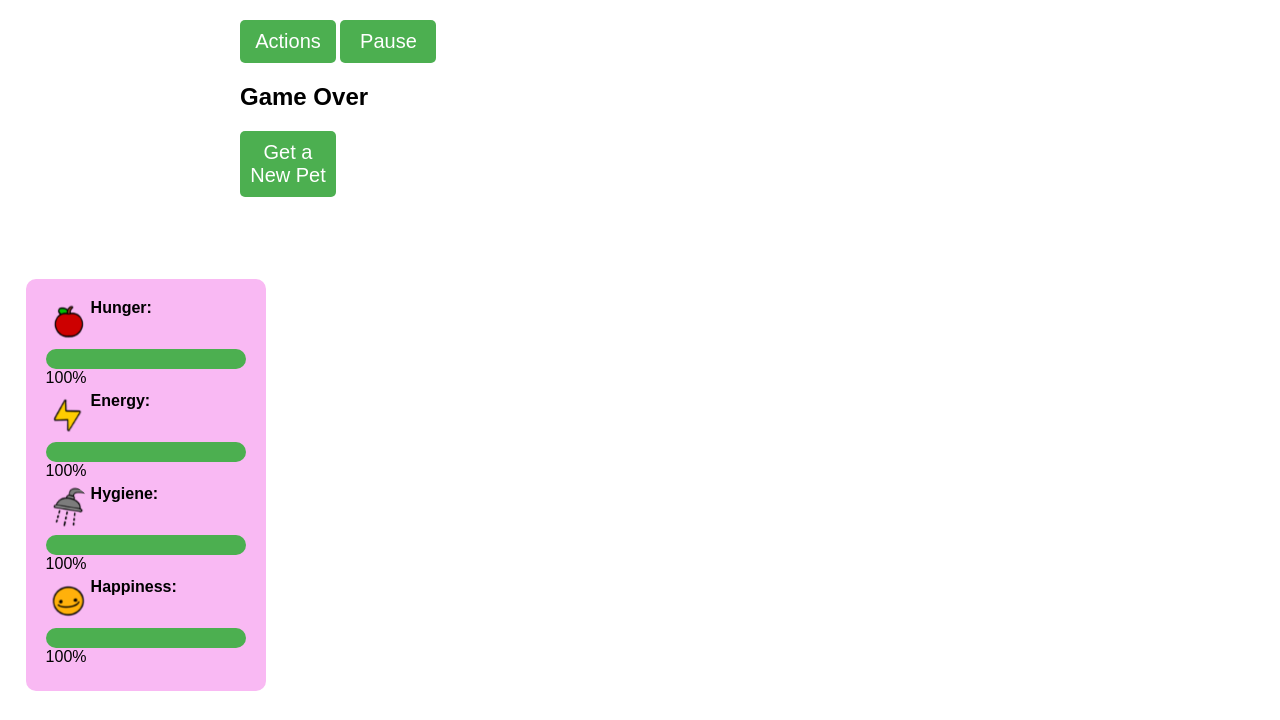
Repository: sarahjx/CapyCare
Page: html/index.html
The author's editor kept a copy of each file at every save. The page is drawn from the files as they stood at one save, then again after a run of saves.
The browser window is 1280 px wide. The pictures show the whole page.
Some web fonts or font styles are not loaded; a fallback is used.

Above is the page before, as saved 2025-04-30 18:14:50.
Console error: SyntaxError: Unexpected end of input

After the next 3 saves:
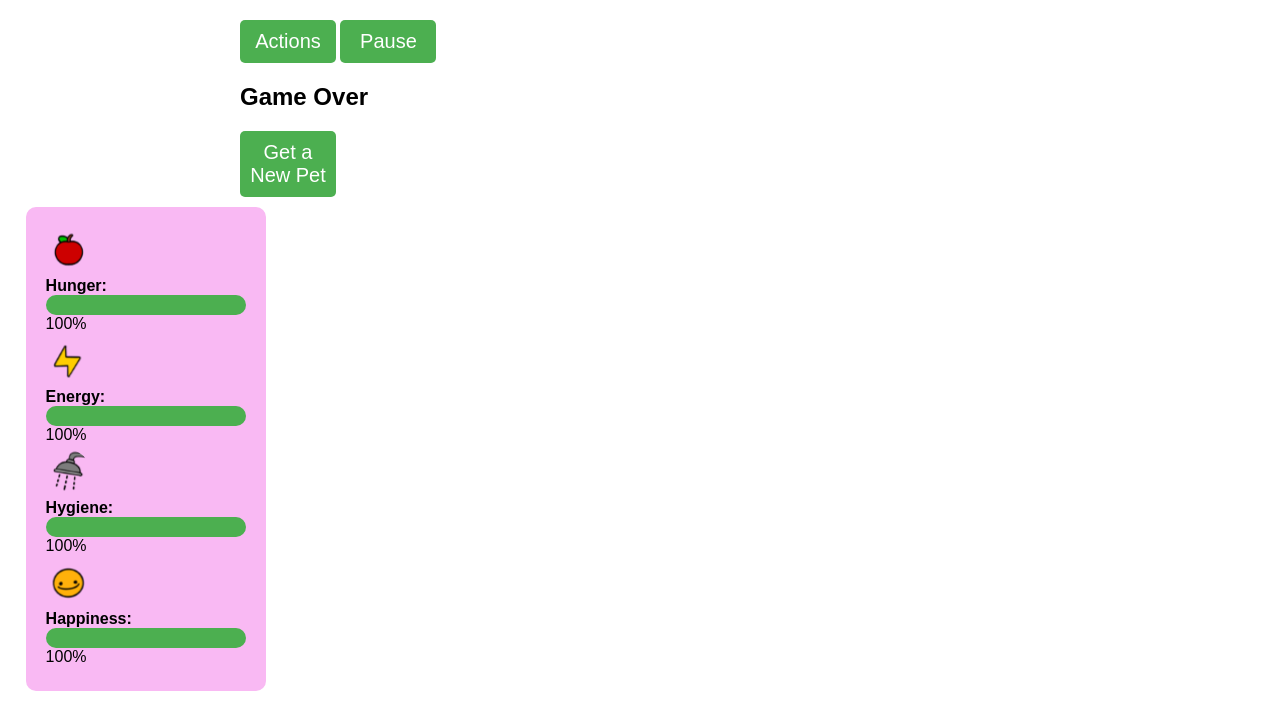
The 3 saves are shown as one change because they came seconds apart.
The last was saved 8 s later.
--- a/css/statusbar.css
+++ b/css/statusbar.css
@@ -41,7 +41,7 @@
 
 .status-icon-container {
   display: flex;
-  align-items: ;
+  flex-direction: column;
 }
 
 .status-label {

After the 3 saves that followed:
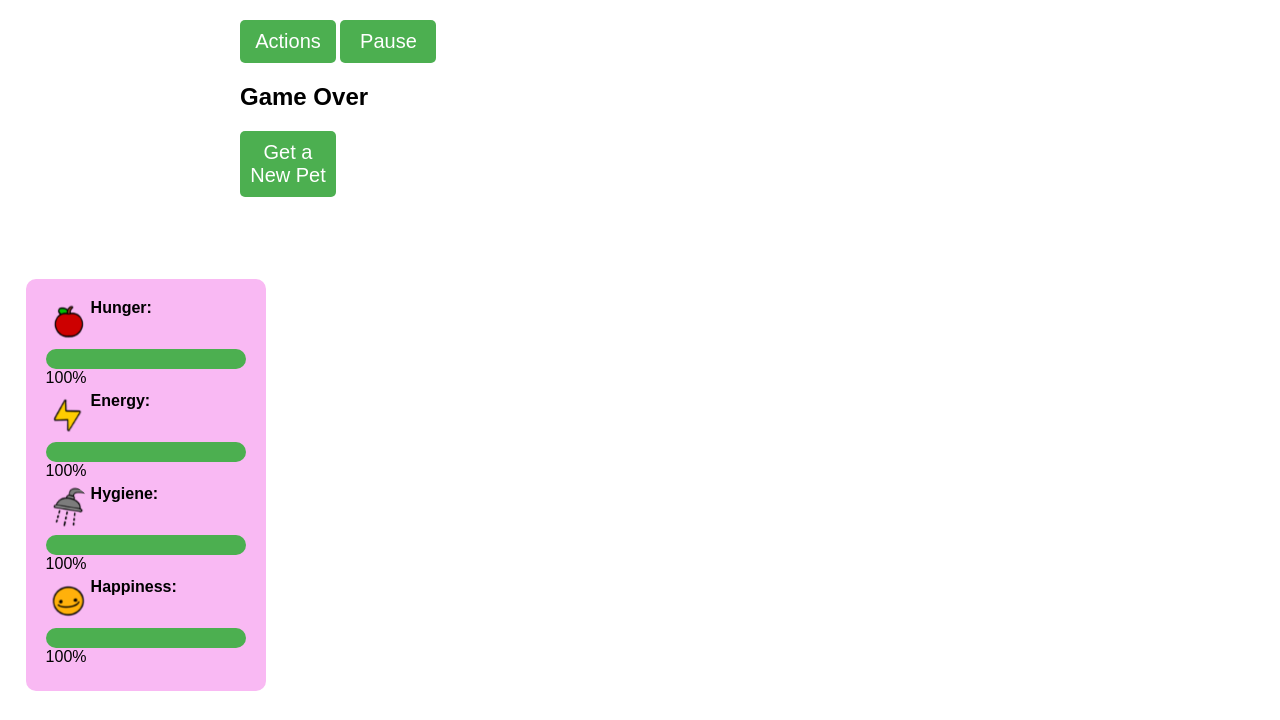
The 3 saves are shown as one change because they came seconds apart.
The last was saved 10 s later.
--- a/css/statusbar.css
+++ b/css/statusbar.css
@@ -41,7 +41,8 @@
 
 .status-icon-container {
   display: flex;
-  flex-direction: column;
+  flex-direction: column
+  gap: 0px;
 }
 
 .status-label {
